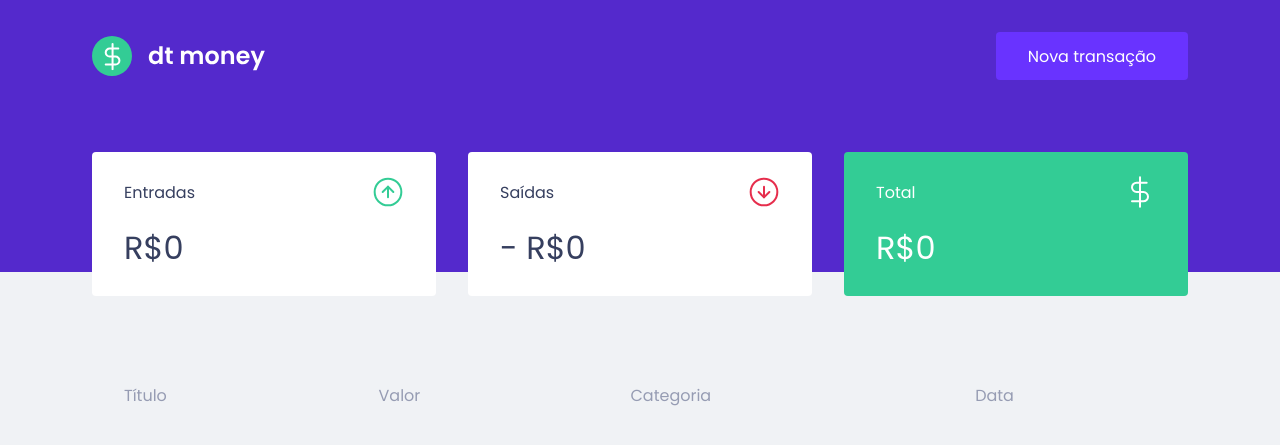
Repository: victoriandujar/ignite-dtmoney
Page: /
An editor plug-in stored every save of this project. The page is shown before and after the next save, followed by the edit.
The browser window is 1280 px wide. The pictures show the whole page.
The page's requests for data from a server got no answer. The project was rebuilt for these pictures with package versions that can differ from the ones it lists, and the page was loaded fresh each time. No one was signed in, and anything a server would have sent is missing.

Above is the page before, as saved 2021-03-24 15:54:31.

### public/index.html
<!DOCTYPE html>
<html lang="en">
  <head>
    <link rel="preconnect" href="https://fonts.gstatic.com">
    <meta charset="utf-8" />
    <link rel="icon" href="%PUBLIC_URL%/favicon.ico" />
    <meta name="viewport" content="width=device-width, initial-scale=1" />
    <link href="https://fonts.googleapis.com/css2?family=Poppins:wght@400;600&display=swap" rel="stylesheet">

    <title>dt money</title>
  </head>
  <body>
    <noscript>You need to enable JavaScript to run this app.</noscript>
    <div id="root"></div>
  </body>
</html>

### src/index.tsx
import React from 'react';
import ReactDOM from 'react-dom';

import App from './App';

import { createServer, Model } from 'miragejs';

createServer({
  models: {
    transaction: Model,
  },

  seeds(server) {
    server.db.loadData({
      transactions: [
        {
          id: 1,
          title: 'Freelance de website',
          type: 'deposit',
          category: 'Dev',
          amount: 6000,
          createdAt: new Date('2021-02-21 23:12:00'),
        },

        {
          id: 2,
          title: 'Aluguel',
          type: 'withdraw',
          category: 'Casa',
          amount: 700,
          createdAt: new Date('2021-03-21 10:12:00'),
        }
      ]
    })
  },

  routes() {
    this.namespace = 'api';

    this.get('/transactions', () => {
      return this.schema.all('transaction');
    })

    this.post('/transactions', (schema, request) => {
      const data = JSON.parse(request.requestBody);

      return schema.create('transaction', data);
    })
  }
});

ReactDOM.render(
  <React.StrictMode>
    <App />
  </React.StrictMode>,
  document.getElementById('root')
);

### src/App.tsx
import React, { useState } from 'react';

import { GlobalStyle } from './styles/global';
import { Header } from './components/Header';
import { Dashboard } from './components/Dashboard';

import { TransactionsProvider } from './TransactionsContext';

import NewTransactionModal from './components/NewTransactionModal';

import Modal from 'react-modal';

Modal.setAppElement('#root');

function App() {
  const [isNewTransactionModalOpen, setIsNewTransactionModalOpen] = useState(false);

    function handleOpenNewTransactionModal() {
        setIsNewTransactionModalOpen(true);
    }

    function handleCloseNewTransactionModal() {
        setIsNewTransactionModalOpen(false);
    }
  return (
    <TransactionsProvider>
      <GlobalStyle />
      <Header onOpenNewTransactionModal={handleOpenNewTransactionModal} />
      <Dashboard />

      <NewTransactionModal
        isOpen={isNewTransactionModalOpen}
        onRequestClose={handleCloseNewTransactionModal}
      />
    </TransactionsProvider>
  );
}

export default App;

### src/styles/global.js
import { createGlobalStyle } from 'styled-components';

export const GlobalStyle = createGlobalStyle`
    :root {
        --background: #f9f2f5;
        --red: #E52E4D;
        --green: #33CC95;
        --blue: #5429CC;

        --blue-light: #6933FF;

        --text-title: #363F5F;
        --text-body: #969CB3;

        --background: #F0F2F5;
        --shape: #FFFFFF;
    }

    * {
        margin: 0;
        padding: 0;
        box-sizing: border-box;
    }

    html {
        @media (max-width: 1088px) {
            font-size: 93.75%;
        }

        @media (max-width: 720px) {
            font-size: 87.5%;
        }
    }

    body {
        background: var(--background);
        -webkit-font-smoothing: antialised;
    }

    body, input, textarea, button {
        font-family: 'Poppins', sans-serif;
        font-weight: 400;
    }

    h1, h2, h3, h4, h5, h6, strong {
        font-weight: 600;
    }

    button {
        cursor: pointer;
    }

    [disabled] {
        opacity: 0.6;
        cursor: not-allowed;
    }

    .react-modal-overlay {
        background: rgba(0, 0, 0, 0.5);

        position: fixed;
        top: 0;
        bottom: 0;
        left: 0;
        right: 0;

        display: flex;
        align-items: center;
        justify-content: center;
    }

    .react-modal-content {
        width: 100%;
        max-width: 576px;
        background: var(--background);
        padding: 3rem;
        position: relative;
        border-radius: 0.25rem;
        border: 0;
    }

    .react-modal-close {
        position: absolute;
        right: 1.5rem;
        top: 1.5rem;
        border: 0;
        background: transparent;

        transition: filter 0.3s;

        &:hover {
            filter: brightness(0.8);
        }
    }
`;

### src/components/Header/index.tsx
import React from 'react';

import Logo from '../../assets/logo.svg';

import { Container, Content } from './styles';

interface HeaderProps {
    onOpenNewTransactionModal: () => void;
}

export function Header({onOpenNewTransactionModal}: HeaderProps) {
    return(
        <Container>
          <Content>
            <img src={Logo} alt="logo dt money" />
            <button
            type="button"
            onClick={onOpenNewTransactionModal}
            >
                Nova transação
            </button>
          </Content>
        </Container>
    );
}

### src/components/Dashboard/index.tsx
import React from 'react';

import { Container } from './styles';

import { Summary } from '../Summary';
import { TransactionsTable } from '../TransactionsTable'

export function Dashboard() {
    return(
        <Container>
            <Summary />
            <TransactionsTable />
        </Container>
    );
}

### src/TransactionsContext.tsx
import React, { createContext, useState, useEffect, ReactNode } from 'react';

import { api } from './services/api';

interface Transaction {
    id: number;
    title: string;
    amount: number;
    type: string;
    category: string;
    createdAt: string;
}

type TransactionInput = Omit<Transaction, 'id' | 'createdAt'>

interface TransactionsProviderProps {
    children: ReactNode;
}

interface TransactionsContextData {
    transactions: Transaction[];
    createTransaction: (transaction: TransactionInput) => Promise<void>;
}

export const TransactionsContext = createContext<TransactionsContextData>({} as TransactionsContextData);

export function TransactionsProvider({children}: TransactionsProviderProps) {
    const [transactions, setTransactions] = useState<Transaction[]>([]);

    useEffect(() => {
        api.get('/transactions')
        .then(response => setTransactions(response.data.transactions))
    }, []);

    async function createTransaction(transactionInput: TransactionInput) {
        const response = await api.post('/transactions', {
            ...transactionInput,
            createdAt: new Date(),
        });
        const { transaction } = response.data;

        setTransactions([
            ...transactions,
            transaction,
        ])
    }

    return (
        <TransactionsContext.Provider value={{ transactions, createTransaction }}>
            {children}
        </TransactionsContext.Provider>
    );
}

### src/components/NewTransactionModal/index.tsx
import React, { useState, FormEvent, useContext } from 'react'

import Modal from 'react-modal';

import { TransactionsContext } from '../../TransactionsContext';

import CloseImg from '../../assets/close.svg';
import IncomeImg from '../../assets/income.svg';
import OutcomeImg from '../../assets/outcome.svg';

import { Container, TransactionTypeContainer, RadioBox } from './styles';

interface NewTransactionModalProps {
    isOpen: boolean;
    onRequestClose: () => void;
}

export default function NewTransactionModal({isOpen, onRequestClose}: NewTransactionModalProps) {
  const { createTransaction } = useContext(TransactionsContext);

  const [title, setTitle] = useState('');
  const [amount, setAmount] = useState(0);
  const [category, setCategory] = useState('');

  const [type, setType] = useState('deposit');

  async function handleCreateNewTransaction(event: FormEvent) {
    event.preventDefault();

    await createTransaction({
      title,
      amount,
      category,
      type,
    })

    setTitle('');
    setAmount(0);
    setCategory('');
    setType('deposit');

    onRequestClose();
  }

  return (
        <Modal
          isOpen={isOpen}
          onRequestClose={onRequestClose}
          overlayClassName="react-modal-overlay"
          className="react-modal-content"
        >

        <button
        type="button"
        onClick={onRequestClose}
        className="react-modal-close"
        >
          <img src={CloseImg} alt="Fechar modal"/>
        </button>

        <Container onSubmit={handleCreateNewTransaction}>
            <h2>Cadastrar transação</h2>

            <input
            placeholder="Título"
            value={title}
            onChange={event => setTitle(event.target.value)}
            />

            <input
            type="number"
            placeholder="Valor"
            value={amount}
            onChange={event => setAmount(Number(event.target.value))}
            />

            <TransactionTypeContainer>
              <RadioBox
              type="button"
              onClick={() => setType('deposit') }
              isActive={type === 'deposit'}
              activeColors="green"
              >
                <img src={IncomeImg} alt="Entrada"/>
                <span>Entrada</span>
              </RadioBox>

              <RadioBox
              type="button"
              onClick={() => setType('withdraw') }
              isActive={type === 'withdraw'}
              activeColors="red"
              >
                <img src={OutcomeImg} alt="Saída"/>
                <span>Saída</span>
              </RadioBox>
            </TransactionTypeContainer>

            <input
            placeholder="Categoria"
            value={category}
            onChange={event => setCategory(event.target.value)}
            />

            <button type="submit">Cadastrar</button>
        </Container>
      </Modal>
    )
}

### src/components/Header/styles.ts
import styled from 'styled-components';

export const Container = styled.header`
  background: var(--blue);
`;

export const Content = styled.div`
    max-width: 1128px;
    margin: 0 auto;

    padding: 2rem 1rem 12rem;
    display: flex;
    align-items: center;
    justify-content: space-between;

    button {
        font-size: 1rem;
        color: #fff;
        background: var(--blue-light);
        border: 0;
        padding: 0 2rem;
        border-radius: 0.25rem;
        height: 3rem;
        transition: filter 0.2s;

        &:hover {
            filter: brightness(0.9);
        }
    }
`;

### src/components/Dashboard/styles.ts
import styled from 'styled-components';

export const Container = styled.div`
  max-width: 1128px;
  margin: 0 auto;
  padding: 2.5rem 1rem;
`;

### src/components/Summary/index.tsx
import React, { useContext } from 'react';

import IncomeImg from '../../assets/income.svg';
import OutcomeImg from '../../assets/outcome.svg';
import TotalImg from '../../assets/total.svg';

import { Container } from './styles';
import { TransactionsContext } from '../../TransactionsContext';

export function Summary() {
    const { transactions } = useContext(TransactionsContext);

    const summary = transactions.reduce((acc, transaction) => {
        if(transaction.type === 'deposit') {
            acc.deposits += transaction.amount;
            acc.total += transaction.amount;
        } else {
            acc.widthdraws += transaction.amount;
            acc.total -= transaction.amount;
        }

        return acc;

    }, {
        deposits: 0,
        widthdraws: 0,
        total: 0,
    })

    console.log(transactions);
    return(
        <Container>
            <div>
                <header>
                    <p>Entradas</p>
                    <img src={IncomeImg} alt="Entrada"/>
                </header>
                <strong>R${summary.deposits}</strong>
            </div>

            <div>
                <header>
                    <p>Saídas</p>
                    <img src={OutcomeImg} alt="Saida"/>
                </header>
                <strong>- R${summary.widthdraws}</strong>
            </div>

            <div className="green">
                <header>
                    <p>Total</p>
                    <img src={TotalImg} alt="Total"/>
                </header>
                <strong>R${summary.total}</strong>
            </div>
        </Container>
    );
}

### src/components/TransactionsTable/index.tsx
import React, { useContext } from 'react';

import { Container } from './styles';

import { TransactionsContext } from '../../TransactionsContext';

export function TransactionsTable() {
    const {transactions} = useContext(TransactionsContext);

    return(
        <Container>
            <table>
                <thead>
                    <tr>
                        <th>Título</th>
                        <th>Valor</th>
                        <th>Categoria</th>
                        <th>Data</th>
                    </tr>
                </thead>
                <tbody>
                    {transactions.map(transaction => (
                        <tr key={transaction.id}>
                            <td>{transaction.title}</td>
                            <td className={transaction.type}>
                                {new Intl.NumberFormat('pt-BR', {
                                    style: 'currency',
                                    currency: 'BRL'
                                }).format(transaction.amount)}
                            </td>
                            <td>{transaction.category}</td>
                            <td>
                                {new Intl.DateTimeFormat('pt-BR').format(
                                    new Date(transaction.createdAt)
                                )}
                            </td>
                        </tr>
                    ))}
                </tbody>
            </table>
        </Container>
    );
}

### src/components/NewTransactionModal/styles.ts
import styled from "styled-components";

import { darken, transparentize } from 'polished';

export const Container = styled.form`
  h2 {
      color: var(--text-title);
      font-size: 1.5rem;
      margin-bottom: 2rem;
  }

  input {
      width: 100%;
      padding: 0 1.5rem;
      height: 4rem;
      border-radius: 0.25rem;

      border: 1px solid #d7d7d7;
      background: #e7e9ee;

      font-weight: 400;
      font-size: 1rem;

      &::placeholder {
          color: var(--text-body);
      }

      & + input {
          margin-top: 1rem;
      }
  }

  button[type="submit"] {
       width: 100%;
       padding: 0 1.5rem;
       height: 4rem;
       background: var(--green);
       color: #fff;
       border-radius: 0.25rem;
       border: 0;
       font-size: 1rem;
       margin-top: 1.5rem;
       font-weight: 600;

       transition: filter 0.3s;

       &:hover {
           filter: brightness(0.9);
       }
  }
`;

export const TransactionTypeContainer = styled.div`
    margin: 1rem 0;
    display: grid;
    grid-template-columns: 1fr 1fr;
    gap: 0.5rem;
`;

interface RadioBoxProps {
    isActive: boolean;
    activeColors: 'green' | 'red';
}

const colors = {
    green: '#33CC95',
    red: '#E52E4D'
}

export const RadioBox = styled.button<RadioBoxProps>`
    height: 4rem;
    border: 1px solid #d7d7d7;
    border-radius: 0.25rem;

    background: ${(props) => props.isActive
    ? transparentize(0.9, colors[props.activeColors])
    : 'transparent'};
    display: flex;
    align-items: center;
    justify-content: center;

    &:hover {
        border-color: ${darken(0.1, '#d7d7d7')}
    }

    img {
        width: 20px;
        height: 20px;
    }

    span {
        display: inline-block;
        margin-left: 1rem;
        font-size: 1rem;
        color: var(--text-title);
    }
`;

### src/components/Summary/styles.ts
import styled from 'styled-components';

export const Container = styled.div`
  display: grid;
  grid-template-columns: repeat(3, 1fr);
  gap: 2rem;
  margin-top: -10rem;

  div {
      background: var(--shape);
      padding: 1.5rem 2rem;
      border-radius: 0.25rem;
      color: var(--text-title);

      header {
          display: flex;
          align-items: center;
          justify-content: space-between;
      }

      strong {
          display: block;
          margin-top: 1rem;
          font-size: 2rem;
          font-weight: 500;
          line-height: 3rem;
      }

      &.green {
          background: var(--green);
          color: #fff;
      }
  }
`;

### src/components/TransactionsTable/styles.ts
import styled from 'styled-components';

export const Container = styled.div`
  margin-top: 4rem;

  table {
      width: 100%;
      border-spacing: 0 0.5rem;
  }

  th {
      color: var(--text-body);
      font-weight: 400;
      padding: 1rem 2rem;
      text-align: left;
      line-height: 1.5rem;
  }

  td {
      padding: 1rem 2rem;
      border: 0;
      background: var(--shape);
      color: var(--text-body);
      border-radius: 0.25rem;

      &:first-child {
          color: var(--text-title);
      }

      &.deposit {
          color: var(--green);
      }

      &.withdraw {
          color: var(--red);
      }
  }
`;

Loaded but not shown: src/services/api.ts (common file)

After the next save:
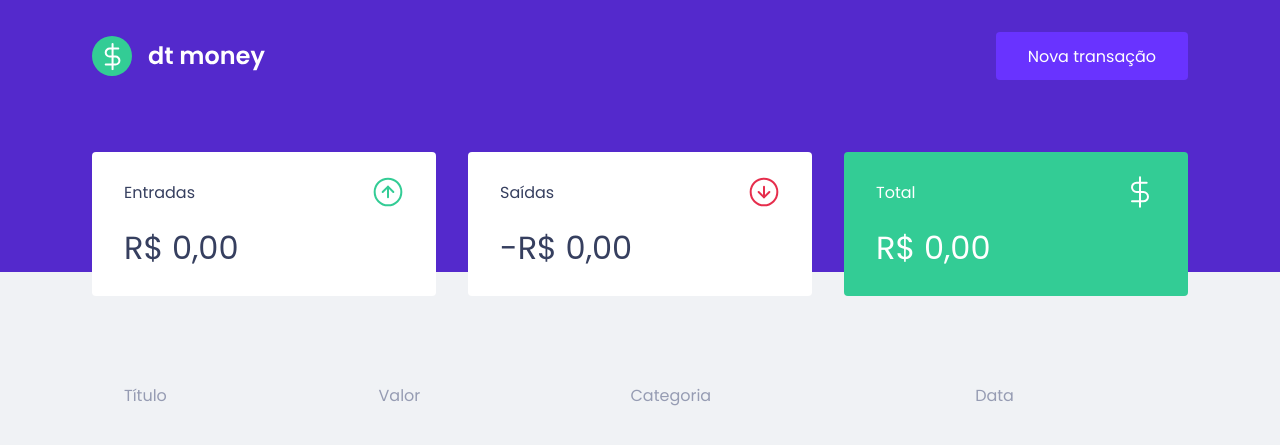
Saved 4 min 39 s later.
--- a/src/components/Summary/index.tsx
+++ b/src/components/Summary/index.tsx
@@ -35,7 +35,12 @@
                     <p>Entradas</p>
                     <img src={IncomeImg} alt="Entrada"/>
                 </header>
-                <strong>R${summary.deposits}</strong>
+                <strong>
+                {new Intl.NumberFormat('pt-BR', {
+                    style: 'currency',
+                    currency: 'BRL'
+                }).format(summary.deposits)}
+                </strong>
             </div>
 
             <div>
@@ -43,7 +48,13 @@
                     <p>Saídas</p>
                     <img src={OutcomeImg} alt="Saida"/>
                 </header>
-                <strong>- R${summary.widthdraws}</strong>
+                <strong>
+                    -
+                    {new Intl.NumberFormat('pt-BR', {
+                    style: 'currency',
+                    currency: 'BRL'
+                }).format(summary.widthdraws)}
+                </strong>
             </div>
 
             <div className="green">
@@ -51,7 +62,12 @@
                     <p>Total</p>
                     <img src={TotalImg} alt="Total"/>
                 </header>
-                <strong>R${summary.total}</strong>
+                <strong>
+                {new Intl.NumberFormat('pt-BR', {
+                    style: 'currency',
+                    currency: 'BRL'
+                }).format(summary.total)}
+                </strong>
             </div>
         </Container>
     );
